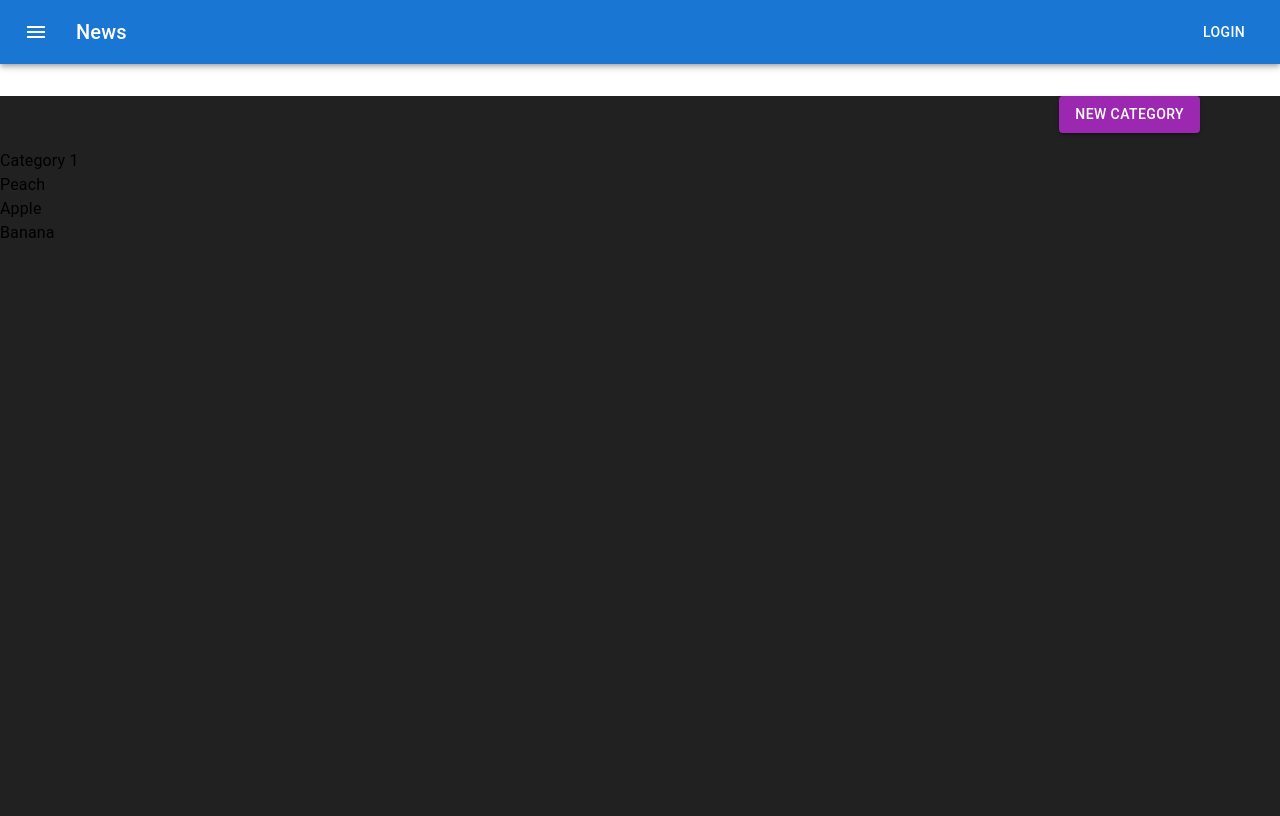
Repository: brunogyn88/codeflix-frontend
Page: /
The author's editor kept a copy of each file at every save. The page is drawn from the files as they stood at one save, then again after the next save.
The browser window is 1280 px wide. The pictures show the whole page.
The project was rebuilt for these pictures with package versions that can differ from the ones it lists, and the page was loaded fresh each time. The framework's server and built-in components were replaced by stand-ins that run in the browser. Also part of the build but not shown: next.config.mjs.

Above is the page before, as saved 2023-08-30 21:57:06.

After the next save:
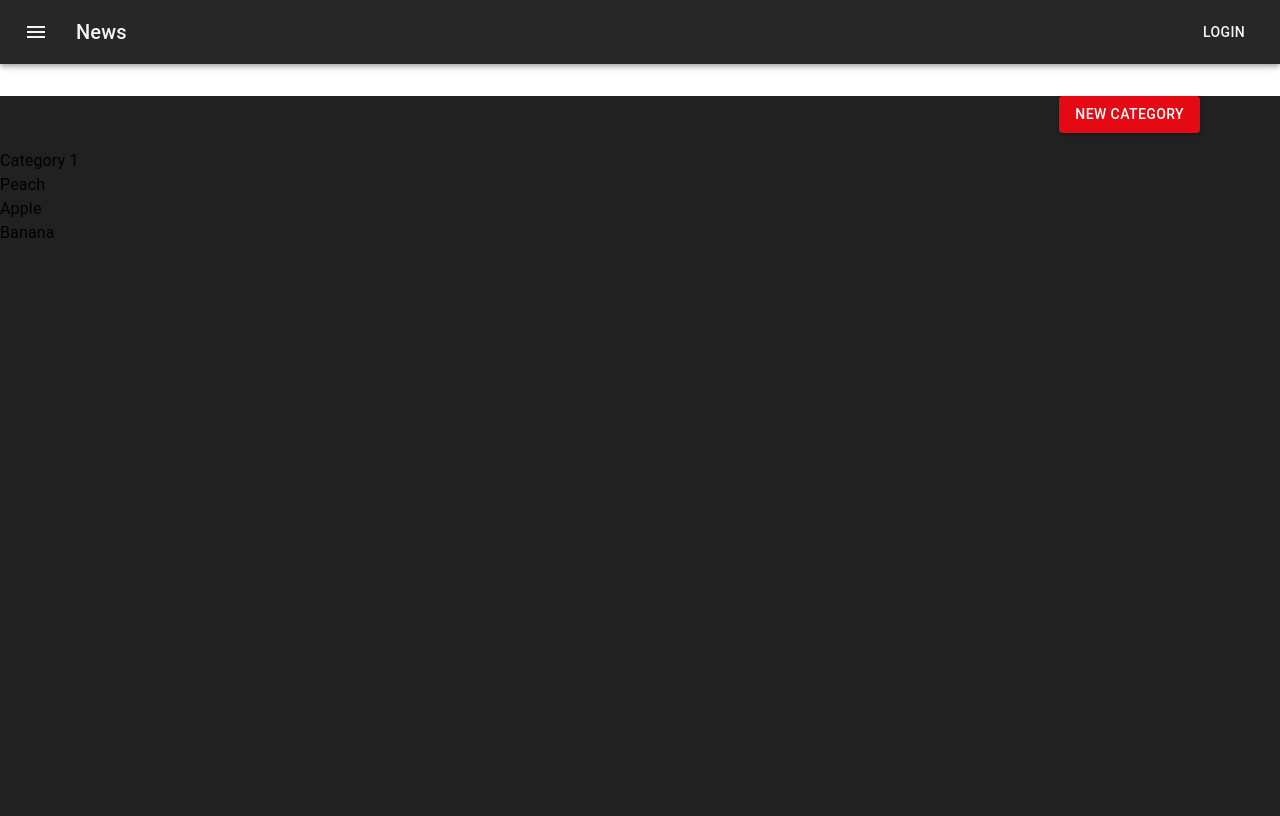
Saved 2 min 35 s later.
--- a/app/layout.tsx
+++ b/app/layout.tsx
@@ -5,25 +5,28 @@ import { Providers } from "@/lib/providers";
 /* Instruments */
 import "./styles/globals.css";
 import Header from "./components/Header";
-import { Box } from "@mui/material";
+import { Box, ThemeProvider } from "@mui/material";
+import { appTheme } from "./config/theme";
 
 export default function RootLayout(props: React.PropsWithChildren) {
   return (
-    <Providers>
-      <html lang="en">
-        <body>
-          <Header />
-          <Box
-            component="main"
-            sx={{
-              height: "100vh",
-              backgroundColor: (theme) => theme.palette.grey[900],
-            }}
-          >
-            {props.children}
-          </Box>
-        </body>
-      </html>
-    </Providers>
+    <ThemeProvider theme={appTheme}>
+      <Providers>
+        <html lang="en">
+          <body>
+            <Header />
+            <Box
+              component="main"
+              sx={{
+                height: "100vh",
+                backgroundColor: (theme) => theme.palette.grey[900],
+              }}
+            >
+              {props.children}
+            </Box>
+          </body>
+        </html>
+      </Providers>
+    </ThemeProvider>
   );
 }
